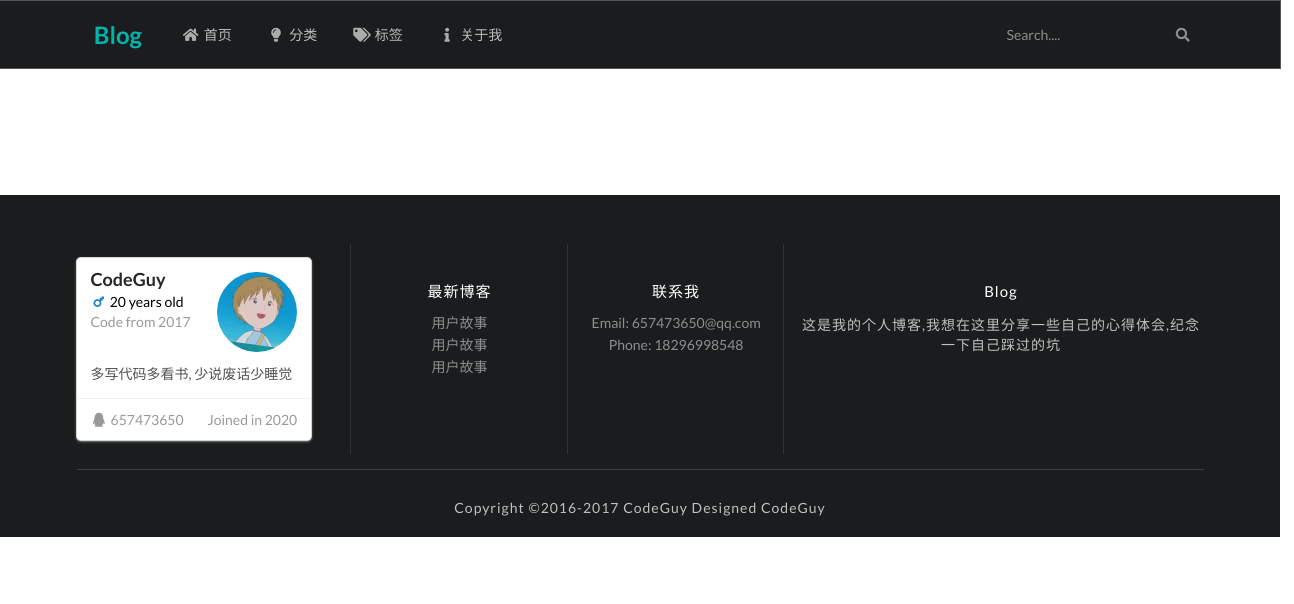
Repository: GOGOHQ/myblog
Page: index.html
These files come from the project's save history. The page is drawn as it stood at one moment and after the next save; the edit follows.
The browser window is 1280 px wide. The page is 1294 px wide, so the pictures cover 1294 px, including what lies to the right of the window. The pictures show the whole page.
Some web libraries are served in a nearby version.

Above is the page before, as saved 2020-01-16 18:37:57.

After the next save:
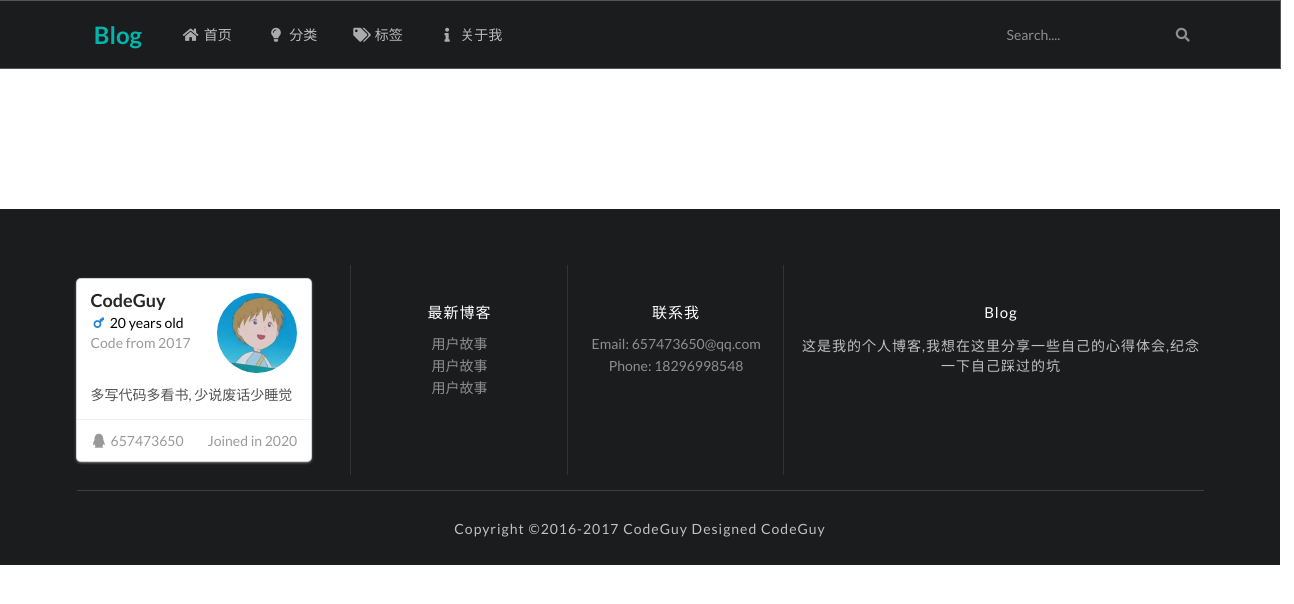
Saved 66 s later.
--- a/static/css/me.css
+++ b/static/css/me.css
@@ -8,8 +8,8 @@
 }
 
 .m-padded-tb-massive {
-    padding-top: 4.5em !important;
-    padding-bottom: 4.5em !important;
+    padding-top: 5em !important;
+    padding-bottom: 5em !important;
 }
 
 
